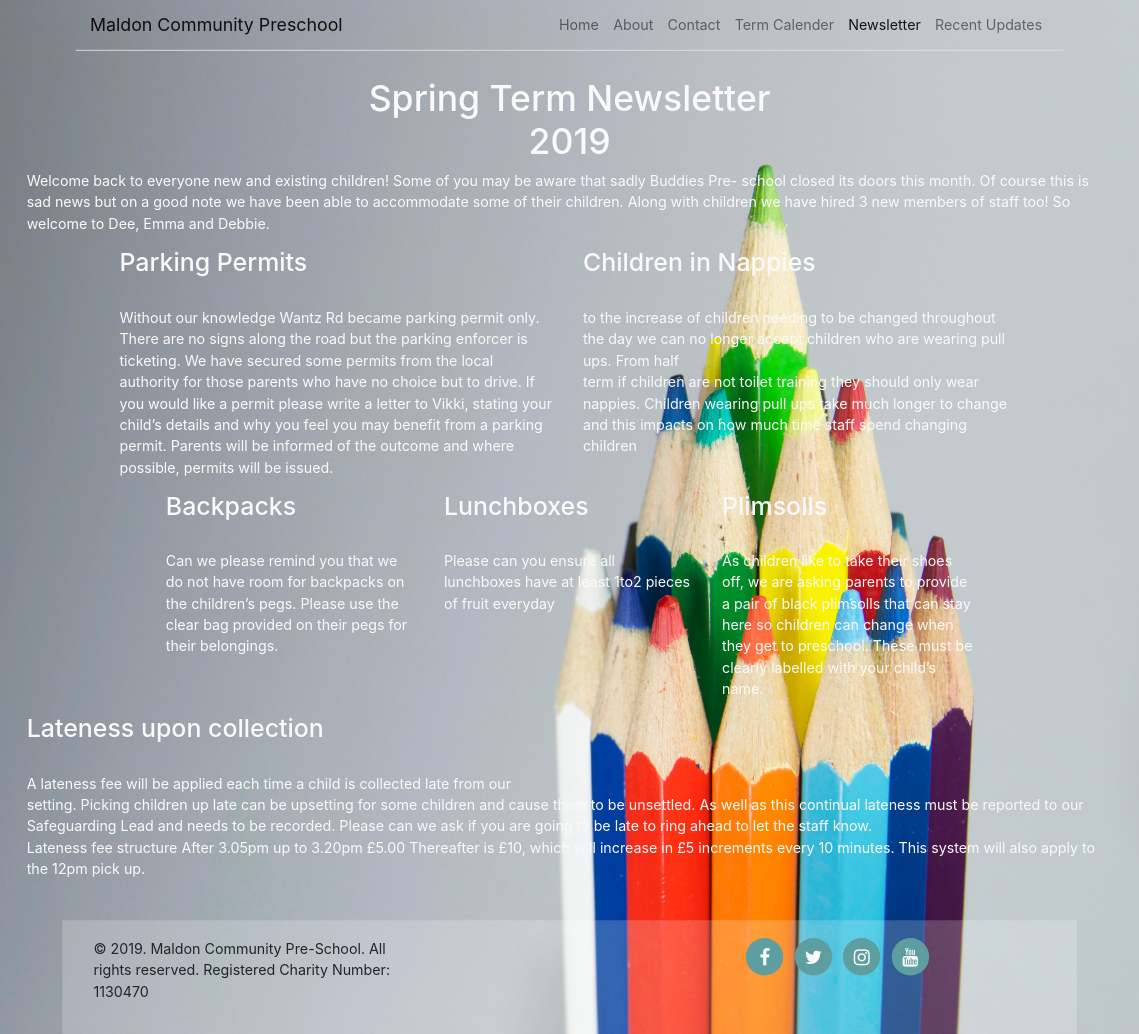
Repository: parkslee/milestone_1
Page: newsletter.html
The author's editor kept a record of every edit. The page is drawn from the files as they stood at one moment, then again after the next edit.
The browser window is 1280 px wide. The pictures show the whole page, at 89% of full size.
Some web libraries are served in a nearby version.

Above is the page before.

### newsletter.html
<!DOCTYPE html>
<html lang="en">

<head>
    <meta charset="UTF-8">
    <meta name="viewport" content="width=device-width, initial-scale=1.0">
    <meta http-equiv="X-UA-Compatible" content="ie=edge">
    <link rel="stylesheet" href="https://maxcdn.bootstrapcdn.com/bootstrap/4.2.1/css/bootstrap.min.css"
        type="text/css" />
    <link rel="stylesheet" href="https://maxcdn.bootstrapcdn.com/font-awesome/4.7.0/css/font-awesome.min.css"
        type="text/css" />
    <link rel="stylesheet" href="https://cdnjs.cloudflare.com/ajax/libs/hover.css/2.1.1/css/hover-min.css"
        type="text/css" />
    <link rel="stylesheet" href="assets\css\style.css">
    <title>newsletter</title>
</head>

<body class="newsletter-image">

    <header>
        <!----------------------------------------------------------------navigation-->
        <div class="container">
            <nav class="navbar navbar-expand-lg navbar-light bg-light border-bottom news-nav">
                <a class="navbar-brand" href="./index.html">Maldon Community Preschool</a>
                <button class="navbar-toggler" type="button" data-toggle="collapse" data-target="#navbarNav"
                    aria-controls="navbarNav" aria-expanded="false" aria-label="Toggle navigation">
                    <span class="navbar-toggler-icon"></span>
                </button>
                <div class="collapse navbar-collapse" id="navbarNav">
                    <ul class="navbar-nav text-center ml-auto">
                        <li class="nav-item">

                            <a class="nav-link" href="./index.html">Home </a>
                        </li>
                        <li class="nav-item">
                            <a class="nav-link" href="./about.html">About</a>
                        </li>
                        <li class="nav-item">
                            <a class="nav-link" href="./contact.html">Contact</a>
                        </li>
                        <li class="nav-item">
                            <a class="nav-link" href="./calender.html">Term Calender</a>
                        </li>
                        <li class="nav-item active">
                            <a class="nav-link" href="./newsletter.html">Newsletter<span
                                    class="sr-only">(current)</span></a>
                        </li>
                        <li class="nav-item newstext">
                            <a class="nav-link" href="./updates.html">Recent Updates</a>
                        </li>
                    </ul>
                </div>
            </nav>
        </div>
    </header>
    <div class="newsletter-content">
        <div class="row">
            <div class="col">
                <h1>Spring Term Newsletter

                    <br>2019</h1>

                <p>Welcome back to everyone
                    new and existing children!
                    Some of you may be aware
                    that sadly Buddies Pre-
                    school closed its doors this
                    month. Of course this is
                    sad news but on a good
                    note we have been able to
                    accommodate some of
                    their children. Along with
                    children we have hired 3
                    new members of staff too!
                    So welcome to Dee, Emma
                    and Debbie.</p>

            </div>
        </div>
        <div class="row justify-content-center">
            <div class="col-sm-12 col-md-5 newsletter-blocks">
                <h3>Parking Permits</h3>
                <br>
                <p> Without our knowledge
                    Wantz Rd became parking
                    permit only. There are no
                    signs along the road but
                    the parking enforcer is
                    ticketing. We have secured
                    some permits from the
                    local authority for those
                    parents who have no
                    choice but to drive. If you
                    would like a permit please
                    write a letter to Vikki,
                    stating your child’s details
                    and why you feel you may
                    benefit from a parking
                    permit. Parents will be
                    informed of the outcome
                    and where possible,
                    permits will be issued.</p>

            </div>

            <div class="col-sm-12 col-md-5 newsletter-blocks">
                <h3>Children in Nappies</h3>
<br>
                <p> to the increase of
                    children needing to be
                    changed throughout the
                    day we can no longer
                    accept children who are
                    wearing pull ups. From half
                    <br>

                    term if children are not
                    toilet training they should
                    only wear nappies.
                    Children wearing pull ups
                    take much longer to
                    change and this impacts on
                    how much time staff spend
                    changing children</p>

            </div>


        </div>

        <div class="row justify-content-center">
            <div class="col-sm-6 col-md-3 newsletter-blocks">
                <h3>Backpacks</h3>
                <br>
                <p>Can we please remind you
                    that we do not have room
                    for backpacks on the
                    children’s pegs. Please use
                    the clear bag provided on
                    their pegs for their
                    belongings.</p>

            </div>

            <div class="col-sm-6 col-md-3 newsletter-blocks">
                <h3> Lunchboxes</h3>
                <br>
                <p>Please can you ensure all
                    lunchboxes have at least
                    1to2 pieces of fruit
                    everyday</p>
            </div>

            <div class="col-sm-12 col-md-3 newsletter-blocks">

                <h3> Plimsolls</h3>
                <br>
                <p>As children like to take
                    their shoes off, we are
                    asking parents to provide a
                    pair of black plimsolls that
                    can stay here so children
                    can change when they get
                    to preschool. These must
                    be clearly labelled with
                    your child’s name.</p>

            </div>

        </div>

        <div class="row">
            <div class="col-sm-12 newsletter-blocks2">
                   <h3>Lateness upon collection</h3>
                   <br>
                   <p>A lateness fee will be
                    applied each time a child is
                    collected late from our
                    <br>
                    setting. Picking children up
                    late can be upsetting for
                    some children and cause
                    them to be unsettled. As
                    well as this continual
                    lateness must be reported
                    to our Safeguarding Lead
                    and needs to be recorded.
                    Please can we ask if you
                    are going to be late to ring
                    ahead to let the staff
                    know.<br>
                    Lateness fee structure
                    After 3.05pm up to 3.20pm
                    £5.00
                    Thereafter is £10, which
                    will increase in £5
                    increments every 10
                    minutes. This system will
                    also apply to the 12pm pick
                    up.</p>
            </div>
        </div>


    </div>


   <!---------------------------first footer only displayed on desktop view-------------------->
    <!------https://medium.com/wdstack/bootstrap-4-hidden-visible-dd969a4c5854 tutorial for display properties bootstrap---->
    <div class="container">
            <footer class="d-none d-md-block">



                <div id="footer-details" class="row">
                    <div class="col-sm-4">
                        <p class="inline-block charity">
                            © 2019. Maldon Community Pre-School. All rights reserved.
                            Registered Charity Number: 1130470 </p>
                    </div>

                    <div class="col-sm-4 ml-auto">
                         <ul class="list-inline social-links">
                            <li class="list-inline-item">
                                <a target="_blank" href="https://facebook.com">
                                    <i class="fa fa-facebook" aria-hidden="true"></i>
                                    <span class="sr-only">Facebook</span>
                                </a>
                            </li>
                            <li class="list-inline-item">
                                <a target="_blank" href="https://twitter.com">
                                    <i class="fa fa-twitter" aria-hidden="true"></i>
                                    <span class="sr-only">Twitter</span>
                                </a>
                            </li>
                            <li class="list-inline-item">
                                <a target="_blank" href="https://instagram.com">
                                    <i class="fa fa-instagram" aria-hidden="true"></i>
                                    <span class="sr-only">Instagram</span>
                                </a>
                            </li>
                            <li class="list-inline-item">
                                <a target="_blank" href="https://youtube.com">
                                    <i class="fa fa-youtube" aria-hidden="true"></i>
                                    <span class="sr-only">YouTube</span>
                                </a>
                            </li>
                        </ul>
                    </div>
                </div>
            </footer>
        </div>



        <!----second footer for mobile view (charity number hidden as to cluttered on mobile view)  -->
        <!------https://medium.com/wdstack/bootstrap-4-hidden-visible-dd969a4c5854 tutorial for display properties bootstrap---->
        <footer class="d-md-none">
            <div id="footer-mobile">
                <ul class="list-inline social-links">
                    <li class="list-inline-item">
                        <a target="_blank" href="https://facebook.com">
                            <i class="fa fa-facebook" aria-hidden="true"></i>
                            <span class="sr-only">Facebook</span>
                        </a>
                    </li>
                    <li class="list-inline-item">
                        <a target="_blank" href="https://instagram.com">
                            <i class="fa fa-instagram" aria-hidden="true"></i>
                            <span class="sr-only">Instagram</span>
                        </a>
                    </li>
                    <li class="list-inline-item">
                        <a target="_blank" href="https://youtube.com">
                            <i class="fa fa-youtube" aria-hidden="true"></i>
                            <span class="sr-only">YouTube</span>
                        </a>
                    </li>
                </ul>
            </div>
        </footer>

    <script src="https://code.jquery.com/jquery-3.3.1.slim.min.js"
        integrity="sha384-q8i/X+965DzO0rT7abK41JStQIAqVgRVzpbzo5smXKp4YfRvH+8abtTE1Pi6jizo"
        crossorigin="anonymous"></script>
    <script src="https://cdnjs.cloudflare.com/ajax/libs/popper.js/1.14.7/umd/popper.min.js"
        integrity="sha384-UO2eT0CpHqdSJQ6hJty5KVphtPhzWj9WO1clHTMGa3JDZwrnQq4sF86dIHNDz0W1"
        crossorigin="anonymous"></script>
    <script src="https://stackpath.bootstrapcdn.com/bootstrap/4.3.1/js/bootstrap.min.js"
        integrity="sha384-JjSmVgyd0p3pXB1rRibZUAYoIIy6OrQ6VrjIEaFf/nJGzIxFDsf4x0xIM+B07jRM"
        crossorigin="anonymous"></script>
</body>

</html>

### assets/css/style.css

/*---------------------------------------------------------index.html---------------*/

.bgimage {
    background-image: url(../images/home-bg.jpg);
    background-size: cover;
    height: 100vh;
    background-repeat: no-repeat;
}

.bg-light {
    background-color: rgb(255, 255, 255, 0.0) !important;
}

.jumbotron {
    margin: 5% 5%;
    box-shadow: 10px 10px rgb(95, 158, 160, 0.5);
    background-color: rgb(255, 240, 245, 0.8);
}



.btn-primary {
    color: #fafafa;
    background-color: #866ecd;
    border-color: #866ccd;
}

.newsletter {
    background-color:#fafafa;
    position: relative;
    color: #423e3e;
    margin-bottom: 20px;

    padding: 30px;
    border-radius: 5%;

}
.newsletter h1{
   padding-top: 5px;
    text-align: center;
}

.updates-index {
    background-color: rgb(95, 158, 160);
    color:#423e3e;
    margin-bottom: 20px;
    border-radius: 5%;
    padding: 50px;
}

.updates-index h1{
    text-align: center;
}


/*-------------------------------------------------------footer------------*/

.social-links {
    padding-bottom: 0px;
}

.social-links li a i {
    width: 42px;
    height: 42px;
    padding: 12px 0;
    border-radius: 50%;
    font-size: 21px;
    line-height: 19px;
    text-align: center;
    color: #fafafa;
    background: cadetblue;
    transition: all 0.35s ease-in-out;
    -moz-transition: all 0.35s ease-in-out;
    -webkit-transition: all 0.35s ease-in-out;
    -o-transition: all 0.35s ease-in-out;
}

.social-links li a i:hover {
    background: #dc3545;
}

#footer-details {
    padding: 20px;
    background-color: rgb(255, 255, 255, 0.2);
    position: relative;
    left: 0;
    bottom: 0;
}

#footer-mobile {
    padding: 20px;
    background-color: rgb(255, 255, 255, 0.0);
    width: 100%;
    text-align: center;
}

/*---------------------------------------------------------------contact page--------------------*/

.contact-image {
    background-image: url(../images/contact-bg.jpg);
    background-size: cover;
    height: 100%;
    background-repeat: no-repeat;
}

form{
    margin: 20px;
}

.form-control{
    background-color: rgb(255, 240, 245,0.8);
}

.contact-btn{
    background-color: cadetblue;
    border-color: cadetblue;
}

/*------------------------------------------------------------------------- About--------------*/
.about-image{
    background-image: url(../images/about-bg.jpg);
    background-size: cover;
    height: 100%;
    background-repeat: no-repeat;
    background-position: 55%;

}

.about-content{
    text-align: center;
        color: #423e3e;

}

/*-------------------------------------------------------------------------calender---------------*/
.calender-image{
    background-image: url(../images/pencil_glass.jpg);
    background-size: cover;
    height: 100%;
    background-repeat: no-repeat;
    background-position: 55%;

}

/*------------------------------------------time line--------------------*/
/*-------bootstrap time line - https://bootsnipp.com/snippets/OzQj-------*/

.timeline {
    list-style: none;
    padding: 20px 0 20px;
    position: relative;
}

    .timeline:before {
        top: 0;
        bottom: 0;
        position: absolute;
        content: " ";
        width: 3px;
        background-color: #eeeeee;
        left: 50%;
        margin-left: -1.5px;
    }

    .timeline > li {
        margin-bottom: 20px;
        position: relative;
    }

        .timeline > li:before,
        .timeline > li:after {
            content: " ";
            display: table;
        }

        .timeline > li:after {
            clear: both;
        }

        .timeline > li:before,
        .timeline > li:after {
            content: " ";
            display: table;
        }

        .timeline > li:after {
            clear: both;
        }

        .timeline > li > .timeline-panel {
            width: 46%;
            float: left;
            border: 1px solid #d4d4d4;
            border-radius: 2px;
            padding: 20px;
                background-color: #fafafa;
            position: relative;
            -webkit-box-shadow: 0 1px 6px rgba(0, 0, 0, 0.175);
            box-shadow: 0 1px 6px rgba(0, 0, 0, 0.175);
        }

            .timeline > li > .timeline-panel:before {
                position: absolute;
                top: 26px;
                right: -15px;
                display: inline-block;
                border-top: 15px solid transparent;
                border-left: 15px solid #ccc;
                border-right: 0 solid #ccc;
                border-bottom: 15px solid transparent;
                content: " ";
            }

            .timeline > li > .timeline-panel:after {
                position: absolute;
                top: 27px;
                right: -14px;
                display: inline-block;
                border-top: 14px solid transparent;
                border-left: 14px solid #fff;
                border-right: 0 solid #fff;
                border-bottom: 14px solid transparent;
                content: " ";
            }

        .timeline > li > .timeline-badge {
            color: #fff;
            width: 50px;
            height: 50px;
            line-height: 50px;
            font-size: 1.4em;
            text-align: center;
            position: absolute;
            top: 16px;
            left: 50%;
            margin-left: -25px;
            background-color: #999999;
            z-index: 100;
            border-top-right-radius: 50%;
            border-top-left-radius: 50%;
            border-bottom-right-radius: 50%;
            border-bottom-left-radius: 50%;
        }

        .timeline > li.timeline-inverted > .timeline-panel {
            float: right;
        }

            .timeline > li.timeline-inverted > .timeline-panel:before {
                border-left-width: 0;
                border-right-width: 15px;
                left: -15px;
                right: auto;
            }

            .timeline > li.timeline-inverted > .timeline-panel:after {
                border-left-width: 0;
                border-right-width: 14px;
                left: -14px;
                right: auto;
            }

.timeline-badge.primary {
    background-color: #2e6da4 !important;
}

.timeline-badge.success {
    background-color: #3f903f !important;
}

.timeline-badge.warning {
    background-color: #28a745 !important;
}

.timeline-badge.danger {
    background-color: #d9534f !important;
}

.timeline-badge.info {
    background-color: #5bc0de !important;
}

.timeline-title {
    margin-top: 0;
    color: inherit;
}

.timeline-body > p,
.timeline-body > ul {
    margin-bottom: 0;
}

    .timeline-body > p + p {
        margin-top: 5px;
    }

@media (max-width: 767px) {
    ul.timeline:before {
        left: 40px;
    }

    ul.timeline > li > .timeline-panel {
        width: calc(100% - 90px);
        width: -moz-calc(100% - 90px);
        width: -webkit-calc(100% - 90px);
    }

    ul.timeline > li > .timeline-badge {
        left: 15px;
        margin-left: 0;
        top: 16px;
    }

    ul.timeline > li > .timeline-panel {
        float: right;
    }

        ul.timeline > li > .timeline-panel:before {
            border-left-width: 0;
            border-right-width: 15px;
            left: -15px;
            right: auto;
        }

        ul.timeline > li > .timeline-panel:after {
            border-left-width: 0;
            border-right-width: 14px;
            left: -14px;
            right: auto;
        }
}

/*----------------------------------------------------------------newsletter.html-------------*/
.newsletter-image{
    background-image: url(../images/newsletter-bg.jpg);
    background-size: cover;
    height: 100%;
    background-repeat: no-repeat;
    background-position: 75%;
}



.newsletter-content{
    color:#fafafa;
    padding: 30px;
}

.newsletter-content h1{
    text-align: center;
}


/*------------------------------------------------------------------updates.html-----------*/
.updates-image{
    background-image: url(../images/crayon-bg.jpg);
    background-size: cover;
    height: 100%;
    background-repeat: no-repeat;
    background-position: 50%;
}

.updates{
    color: #fafafa;

    padding: 30px;
}



/*------------------------------------------------------------------------- media----------*/

@media only screen and (min-width: 768px) {


    .footer-details {
        position: absolute;
    }

    /*---contact page----*/
    form{
        margin: 50px;
    }

    .contact-image {
        height: 100%;

    }

}

After the next edit:
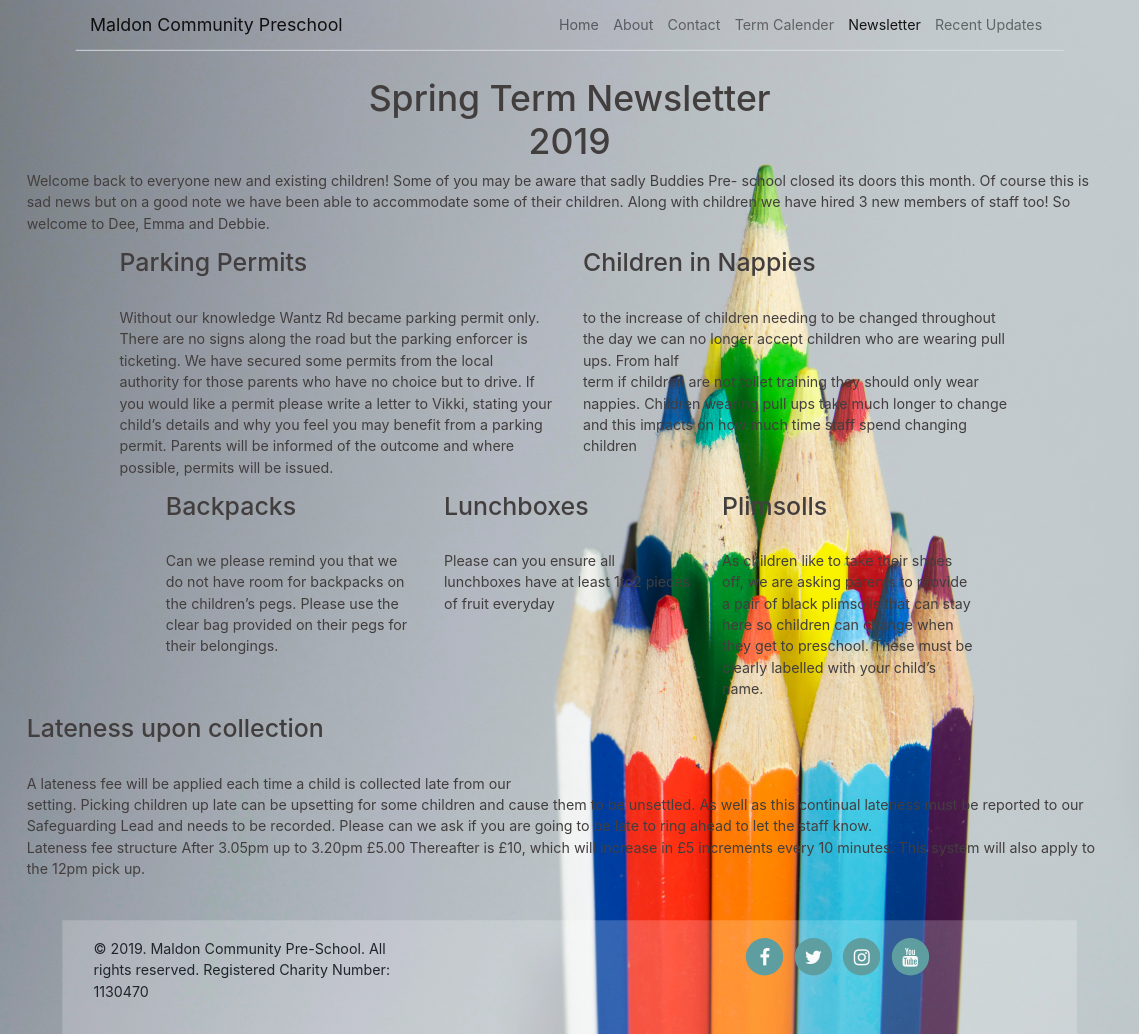
The edit:
--- a/assets/css/style.css
+++ b/assets/css/style.css
@@ -343,7 +343,7 @@
 
 
 .newsletter-content{
-    color:#fafafa;
+        color: #423e3e;
     padding: 30px;
 }
 
